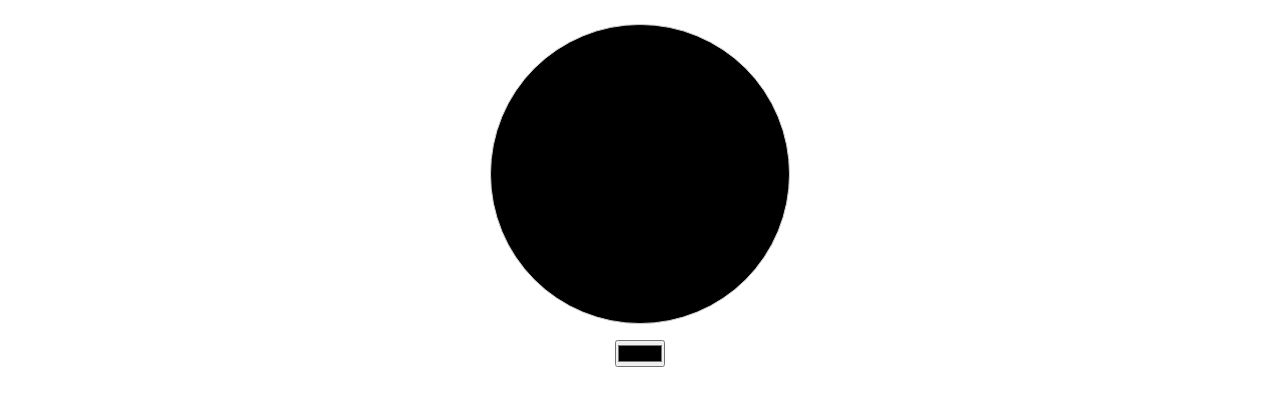
Repository: CarlosEduardoVdeOliveira/100_dias_de_codigo
Page: Dia 11/index.html
An editor plug-in stored every save of this project. The page is shown before and after the next save, followed by the edit.
The browser window is 1280 px wide. The pictures show the whole page.

Above is the page before, as saved 2024-09-13 13:56:54.

After the next save:
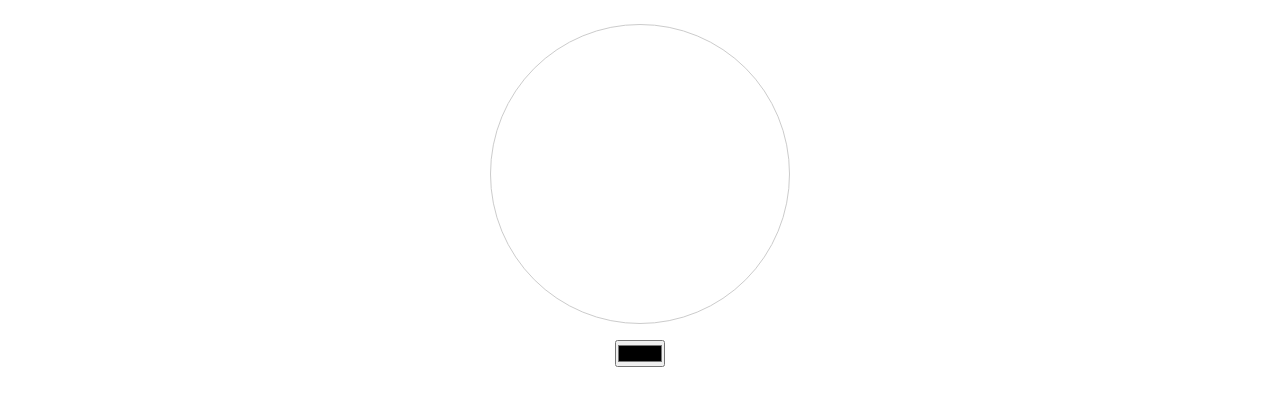
Saved 20 s later.
--- a/Dia 11/script.js
+++ b/Dia 11/script.js
@@ -4,4 +4,3 @@ const input = document.querySelector("#input-shape-color")
 function changeCircleColor(color) {
   div.style.background = color;
 }
-changeCircleColor(input.value)
